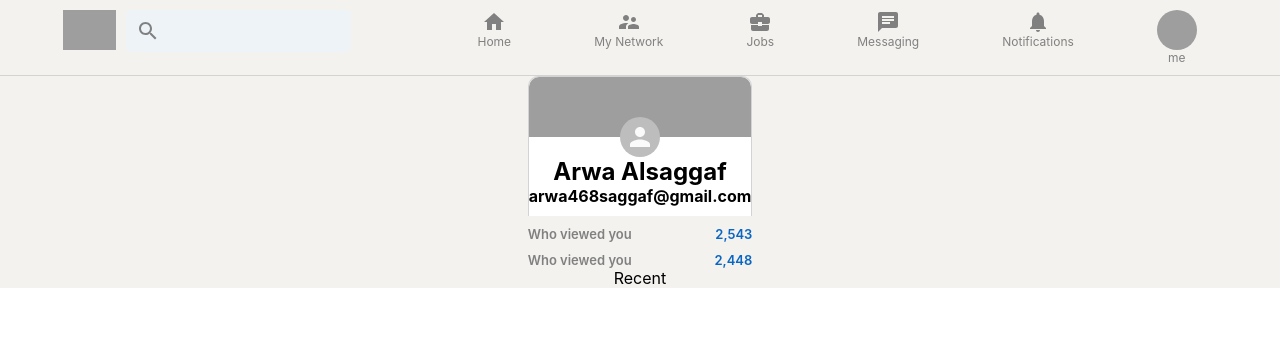
Repository: MEROO1010/linkedIn-clone-
Page: /
These files come from the project's save history. The page is drawn as it stood at one moment and after the next save; the edit follows.
The browser window is 1280 px wide. The pictures show the whole page.
Pictures or frames that could not be fetched are drawn as grey boxes. The project was rebuilt for these pictures with package versions that can differ from the ones it lists, and the page was loaded fresh each time.

Above is the page before, as saved 2023-12-02 10:45:44.

After the next save:
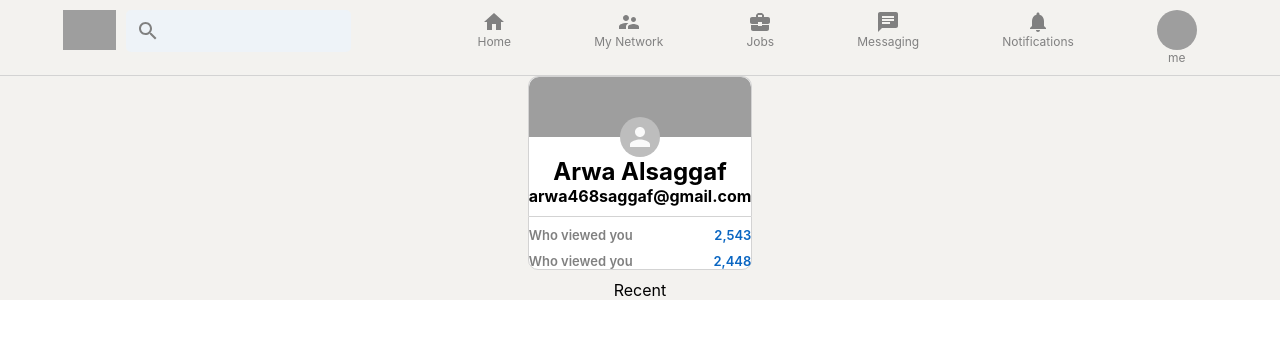
Saved 2 min 31 s later.
--- a/src/Sidebar.css
+++ b/src/Sidebar.css
@@ -45,6 +45,15 @@
     font-weight: 600;
 }
 
+.sidebar__stats {
+    padding:  10;
+    margin-bottom:10px ;
+    border: 1px solid lightgray;
+    background-color: white;
+    border-bottom-left-radius:10px ;
+    border-bottom-right-radius:10px;
+}
+
 .sidebar__statNumber {
     font-weight: bold;
     color: #0a66c2 !important;
